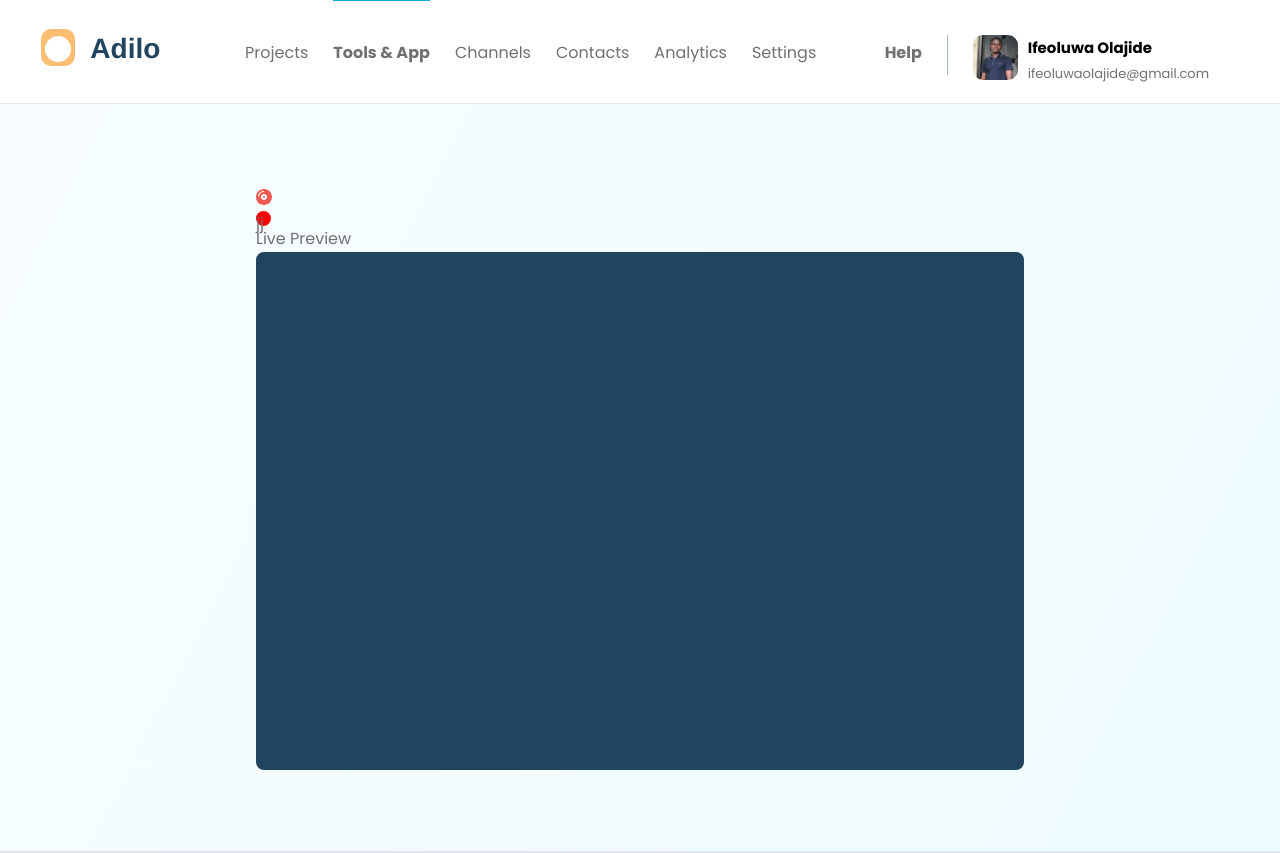
Repository: olhighjay/video_recorder
Page: /
These files come from the project's save history. The page is drawn as it stood at one moment and after the next save; the edit follows.
The browser window is 1280 px wide. The pictures show the whole page.
Some web libraries are served in a nearby version. The project was rebuilt for these pictures with package versions that can differ from the ones it lists, and the page was loaded fresh each time. Also part of the build but not shown: vue.config.js, src/components/DataTable.vue, src/components/EmptyRecorded.vue.

Above is the page before, as saved 2022-07-29 11:58:56.

### public/index.html
<!DOCTYPE html>
<html lang="">
  <head>
    <meta charset="utf-8">
    <meta http-equiv="X-UA-Compatible" content="IE=edge">
    <meta name="viewport" content="width=device-width,initial-scale=1.0">
    <link rel="icon" href="<%= BASE_URL %>favicon.ico">
    <title><%= htmlWebpackPlugin.options.title %></title>
    <link rel="stylesheet" href="https://cdn.jsdelivr.net/npm/bootstrap@4.0.0/dist/css/bootstrap.min.css" integrity="sha384-Gn5384xqQ1aoWXA+058RXPxPg6fy4IWvTNh0E263XmFcJlSAwiGgFAW/dAiS6JXm" crossorigin="anonymous">
    <link rel="stylesheet" href="https://cdnjs.cloudflare.com/ajax/libs/font-awesome/6.1.2/css/all.min.css" integrity="sha512-1sCRPdkRXhBV2PBLUdRb4tMg1w2YPf37qatUFeS7zlBy7jJI8Lf4VHwWfZZfpXtYSLy85pkm9GaYVYMfw5BC1A==" crossorigin="anonymous" referrerpolicy="no-referrer" />
  </head>
  <body>
    <noscript>
      <strong>We're sorry but <%= htmlWebpackPlugin.options.title %> doesn't work properly without JavaScript enabled. Please enable it to continue.</strong>
    </noscript>
    <div id="app"></div>
    <!-- built files will be auto injected -->

    <script src="https://cdnjs.cloudflare.com/ajax/libs/font-awesome/6.1.2/js/all.min.js" integrity="sha512-8pHNiqTlsrRjVD4A/3va++W1sMbUHwWxxRPWNyVlql3T+Hgfd81Qc6FC5WMXDC+tSauxxzp1tgiAvSKFu1qIlA==" crossorigin="anonymous" referrerpolicy="no-referrer"></script>
    <script src="https://code.jquery.com/jquery-3.2.1.slim.min.js" integrity="sha384-KJ3o2DKtIkvYIK3UENzmM7KCkRr/rE9/Qpg6aAZGJwFDMVNA/GpGFF93hXpG5KkN" crossorigin="anonymous"></script>
    <script src="https://cdn.jsdelivr.net/npm/popper.js@1.12.9/dist/umd/popper.min.js" integrity="sha384-ApNbgh9B+Y1QKtv3Rn7W3mgPxhU9K/ScQsAP7hUibX39j7fakFPskvXusvfa0b4Q" crossorigin="anonymous"></script>
    <script src="https://cdn.jsdelivr.net/npm/bootstrap@4.0.0/dist/js/bootstrap.min.js" integrity="sha384-JZR6Spejh4U02d8jOt6vLEHfe/JQGiRRSQQxSfFWpi1MquVdAyjUar5+76PVCmYl" crossorigin="anonymous"></script>
  </body>
</html>

### src/App.vue
<template>
  <div>
    <navbar></navbar>
    <div id="main-flex">
      <div v-if="false" class="my-sidebar">
        <ul class="my-sidebar-items">
            <li class="sidebar-item-active"> <img src="./assets/video-player.png" alt=""> &nbsp; My Recordings</li>
            <li> <i class="fa fa-share-alt" style="color:#102346"></i> &nbsp; Requested</li>
        </ul>
      </div>
      <div v-if="false" class="my-main">
        <div class="my-main-container">
          <div><small class="breadcrumbs">Snapbyte <i class="fa fa-angle-right" style="font-weight:200"></i> My Recordings</small></div>
          <div class="subheading-tab">
            <div> <span class="my-recordings">My Recordings </span><span class="my-recordings-count">25</span> </div>
            <div>
              <button class="sub-heading-btn white-btn">
                <i class="fa fa-long-arrow-down" aria-hidden="true"></i>
                <i class="fa fa-long-arrow-up" aria-hidden="true"></i>
                By Date
              </button>
              <button class="sub-heading-btn white-btn">
                <i class="fa-solid fa-filter"></i>
                Add Filter
              </button>
              <button class="sub-heading-btn blue-btn">
                <i class="fa fa-video"></i>
                New Request
              </button>
              <button class="sub-heading-btn red-btn">
                <span class="rec">REC</span>
                Start Recording
              </button>
            </div>
          </div>

          <empty-recorded></empty-recorded>

          <data-table v-if="true"></data-table>
          <!-- Button trigger modal -->
<button type="button" class="btn btn-primary" data-toggle="modal" data-target="#recordOptions">
Launch demo modal
</button>

<!-- Modal -->
<div class="modal fade" id="recordOptions" tabindex="-1" role="dialog" aria-labelledby="recordOptions" aria-hidden="true">
<div class="modal-dialog modal-dialog-centered" role="document">
  <div class="modal-content">
    <div class="modal-header">
      <h5 class="my-modal-title">New Recording</h5>
      <button type="button" class="close" data-dismiss="modal" aria-label="Close">
        <span aria-hidden="true"><i class="fa fa-xmark"></i></span>
      </button>
    </div>
    <div class="modal-body">
      <p class="save-in">Save the recording in</p>
      <div>
        <select class="save-option">
          <Option value="" key="">Select a project</Option>
          <Option value="" key="">Project 1</Option>
          <Option value="" key="">Project 2</Option>
          <Option value="" key="">Project 3</Option>
          <Option value="" key="">Project 4</Option>
        </select>
      </div>
      <div style="margin-top: 35px;">
        <div class="record">
          <div class="record-name">Record screen</div>
          <div class="record-switch">
            <label class="switch">
              <input type="checkbox">
              <span class="slider round"></span>
            </label>
          </div>
        </div>
        <div class="record">
          <div class="record-name">Record camera</div>
          <div class="record-switch">
            <label class="switch">
              <input type="checkbox">
              <span class="slider round"></span>
            </label>
          </div>
        </div>
        <div class="record">
          <div class="record-name">Record mic</div>
          <div class="record-switch">
            <label class="switch">
              <input type="checkbox">
              <span class="slider round"></span>
            </label>
          </div>
        </div>
      </div>
    </div>
    <div class="text-center">
      <button type="button" class="start-recording-btn">Start Recording</button>
    </div>
  </div>
</div>
</div>
        </div>
      </div>
      <div class="record-page">
        <div>
          <!-- <p style="color:#637C8E"> -->
            <i class="fa fa-compact-disc" style="color:#EE5951"></i>
            <!-- <span> -->
              <div style="background-color:red; border-radius: 50%; height:15px; width:15px">jj</div>
            <!-- </span> -->
            Live Preview
          <!-- </p> -->
          <div class="view-frame">

          </div>
        </div>
      </div>
    </div>
  </div>
</template>

<script>
// import HelloWorld from './components/HelloWorld.vue'
import Navbar from './layouts/Navbar.vue'
import DataTable from '@/components/DataTable'
import EmptyRecorded from '@/components/EmptyRecorded'

export default {
  name: 'App',
  components: {
    Navbar,
    DataTable,
    EmptyRecorded
  }
}
</script>


<style>
 @import url('https://fonts.googleapis.com/css2?family=Poppins:wght@400;500;700&display=swap');

#main-flex {
  display: flex;
  width: 100%;
}

.record-page {
  background: transparent linear-gradient(117deg, #0dacd85d 0%, #eafaff5d 0%, #d3f5fe65 100%) 0% 0% no-repeat padding-box;
  width: 100%;
  padding: 81px 20%;
}
.view-frame {
  margin: 0 auto;
  max-width: 965px;
  height: 518px;
  background: #21455E 0% 0% no-repeat padding-box;
  border-radius: 8px;
}



.my-sidebar {
  flex: 0 0 240px;
  /* width: 20%; */
  /* height: 100%; */
  background-color: #ebf2f656;
  border-right: 2px solid #21455e54;
  /* border-right: 2px solid #21455E; */
  /* width:250px; */
}
.my-sidebar-items {
  list-style: none;
  padding: 20px 0;
}
.my-sidebar-items>li {
  margin : 10px 12px 10px 18px;
  padding: 7px 20px ;
}
.sidebar-item-active {
  background-color: #E2E5ED;
  border: 2px solid #0DABD838;
  border-radius: 10px;
}





.my-main {
  flex: 1;
  flex-wrap: wrap;
}
.my-main-container {
  padding: 1.5% 8.5%;
}
.subheading-tab {
  display: flex;
  justify-content: space-between;
}
.sub-heading-btn {
  padding: 3px 15px;
  border-radius: 20px;
  margin-left: 15px;
  font-size: 14px;
}
.white-btn {
  border: 1px solid #E2E5ED;
  background-color: white;
  color: #637C8E;
}
.blue-btn {
  border: none;
  background-color: #0DABD8;
  color: #fff;
}
.red-btn {
  border: none;
  background-color: #EF5350;
  color: #fff;
}
.my-recordings, .my-recordings-count {
  font-size: 24px;
  color: #000
}
.my-recordings {
  color: #000
}
.my-recordings-count {
  color: #637C8E;
  font-weight: 600;
}
.breadcrumbs {
  color:#637C8E;
}
.rec {
  color:#000;
  background-color:#fff;
  border-radius:50%;
  padding:3px 1px;
  font-size:10px;
}



.save-option {
  width:100%;
  background: #F8FAFB 0% 0% no-repeat padding-box;
  border: 1px solid #E2E5ED;
  border-radius: 8px;
  padding:8px 20px;
}
.modal-dialog {
  max-width: 400px !important;
}
.modal-content {
  padding-bottom: 30px !important;
}
.modal-body {
  padding:30px !important;
}
.my-modal-title {
  color:#000;
  font-size: 22px;
  padding-left: 14px;
}
.record {
  margin-top: 15px;
  display: flex;
  justify-content: space-between;
}
.record-name {
  color: #21455E;
  font-size: 18px;
}
.save-in {
  color:black;
  font-size:16px;
}
.start-recording-btn {
  background: #0DABD8 0% 0% no-repeat padding-box;
  border-radius: 28px;
  font-size:18px;
  padding:5px 55px;
  border: none;
  color:#fff;
}


.switch {
  position: relative;
  top: 10px;
  display: inline-block;
  width: 50px;
  height: 13px;
}

.switch input {
  opacity: 0;
  width: 0;
  height: 0;
}

.slider {
  position: absolute;
  cursor: pointer;
  top: -10px;
  left: 0;
  right: 0;
  bottom: 0;
  background-color: #ccc;
  -webkit-transition: .4s;
  transition: .4s;
}

.slider:before {
  position: absolute;
  content: "";
  height: 15px;
  width: 15px;
  left: 4px;
  bottom: 4px;
  background-color: white;
  -webkit-transition: .4s;
  transition: .4s;
}

input:checked + .slider {
  background-color: #1bd85a;
}

input:focus + .slider {
  box-shadow: 0 0 1px #1bd85a;
}

input:checked + .slider:before {
  -webkit-transform: translateX(26px);
  -ms-transform: translateX(26px);
  transform: translateX(26px);
}

/* Rounded sliders */
.slider.round {
  border-radius: 34px;
}

.slider.round:before {
  border-radius: 50%;
}


button:hover {
  cursor: pointer;
}
#app {
  font-family: Avenir, Helvetica, Arial, sans-serif;
  font: normal normal normal 14px/26px Poppins;
  -webkit-font-smoothing: antialiased;
  -moz-osx-font-smoothing: grayscale;
   /* text-align: center; */
   font-size: 16px;
  color: #707070;
  border-bottom: solid 2px #E2E5ED;
  overflow: hidden;
  /* margin-top: 60px;  */
}


</style>

### src/layouts/Navbar.vue
<template>
    <nav class="">
      <div class="nav-logo-area">
        <div class="nav-logo-area-inner">
          <div class="white-logo-wrap">
            <span class="white-logo-bkg">
            <img alt="Adilo logo" src="../assets/swarm.png">
            </span>
          </div>
          <div class="adilo">Adilo</div>
        </div>
      </div>
      <div class="nav-tab">
        <ul class="my-nav-list">
          <li><a>Projects</a></li>
          <li class="active-nav-item"> <a>Tools & App</a></li>
          <li><a>Channels</a></li>
          <li><a>Contacts</a></li>
          <li><a>Analytics</a></li>
          <li><a>Settings</a></li>
        </ul>
      </div>
      <div class="nav-profile">
        <ul class="my-nav-list">
          <li><a><b>Help</b></a></li>
        </ul>
        <div class="profile-info">
          <div class="profile-border"></div>
          <div >
            <img alt="Profile Image" src="../assets/profile.jpg" class="profile-img">
          </div>
          <div style="margin-left:10px">
            <span class="profile-name">Ifeoluwa Olajide </span>
            <p class="profile-email">ifeoluwaolajide@gmail.com</p>
          </div>
        </div>
      </div>
    </nav>
</template>
<script>
export default {
    name: 'NavbarComponent'
}
</script>
<style>
     nav {
    display: flex;
    /* height: 69px; */
    padding: 0 0.032%;
    border-bottom: solid 1px #E2E5ED;
  }

  .nav-logo-area {
    flex: 0 0 16%;
    padding-left: 3.2%;
    padding-top: 19px;
    padding-bottom: 27px;
  }
  .nav-logo-area-inner {
    display: flex;
  }
  .nav-tab {
    flex: 0 0 50%;
  }
  .nav-profile {
    flex: 0 0 34%;
    display: flex;
  }
  .my-nav-list {
    list-style: none;
    padding-top: 40px;
  }
  .my-nav-list>li {
    display: inline;
    margin-right: 25px;
    padding-top: 40px;
  }
  .my-nav-list>li>a {
    text-align: left;
    /* font: normal normal normal 18px/27px Poppins; */
    letter-spacing: 0px;
    color: #707070;
    opacity: 1
  }
  .white-logo-wrap {
    padding-top:16px;
  }
  .white-logo-bkg {
    background-color:#FBBD71;
    padding:7px 4px;
    border-radius:10px;
  }
  .adilo {
    font: normal normal bold 28px/32px Helvetica;
    font-size:28px;
    margin-left:15px;
    font-weight:bold;
    color:#21455E;
    padding-top:14px;
  }
  .profile-info {
    padding-top:35px;
    display:flex;
  }
  .active-nav-item {
    border-top: 6px solid #0DABD8;
    font-weight: 600;
  }
  .profile-border {
    border-left: 1px solid #A3BAC6;
    padding-left:25px;
    height:40px;
  }
  .profile-img {
    width:45px; height: 45px;
    border-radius:10px;
  }
  .profile-name {
    font-weight:bold;
    font-size:15px;
    color:black;
  }
  .profile-email {
    font-size:13px;
  }
</style>

Loaded but not shown: src/main.js (common file)

After the next save:
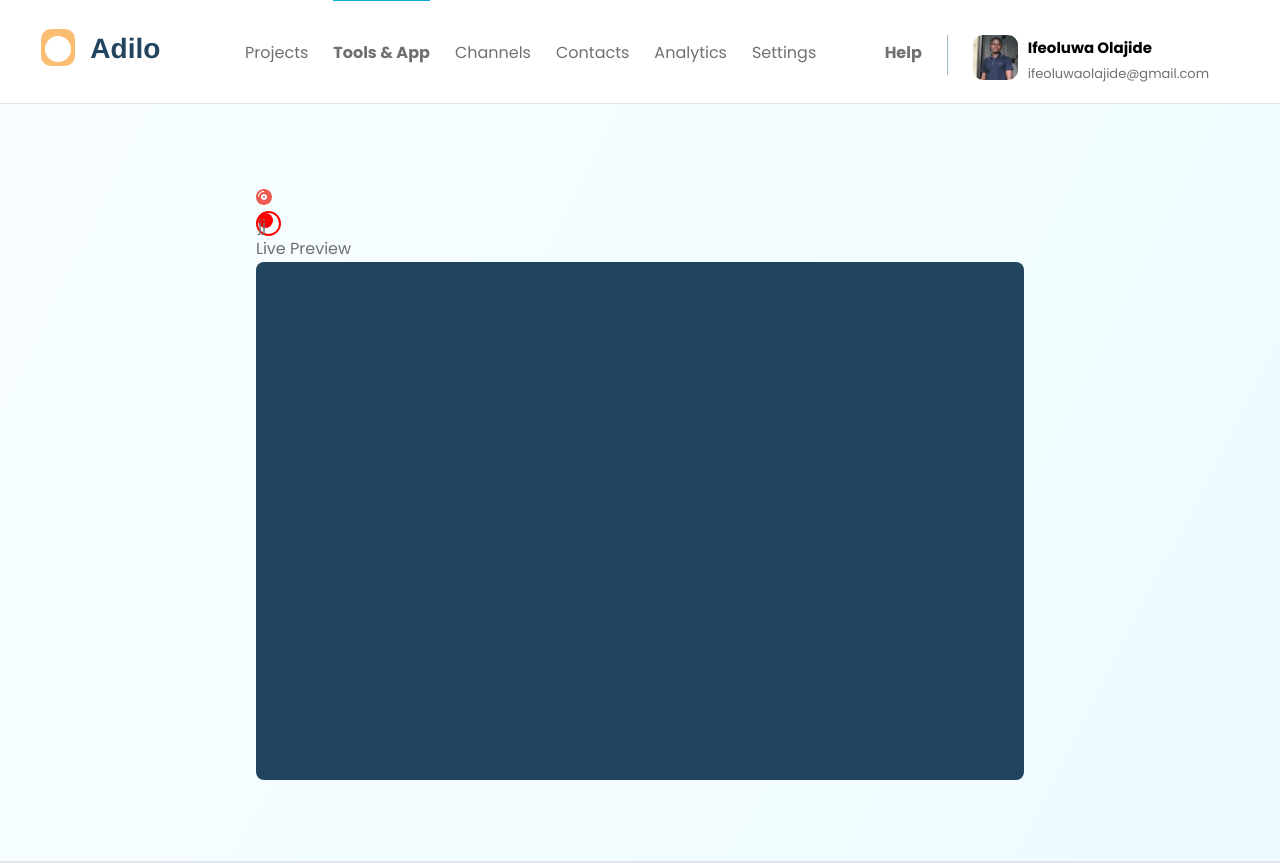
Saved 61 s later.
--- a/src/App.vue
+++ b/src/App.vue
@@ -105,9 +105,9 @@ Launch demo modal
         <div>
           <!-- <p style="color:#637C8E"> -->
             <i class="fa fa-compact-disc" style="color:#EE5951"></i>
-            <!-- <span> -->
+            <div style="border: 2px solid red; border-radius: 50%; height:25px; width:25px">
               <div style="background-color:red; border-radius: 50%; height:15px; width:15px">jj</div>
-            <!-- </span> -->
+            </div>
             Live Preview
           <!-- </p> -->
           <div class="view-frame">
